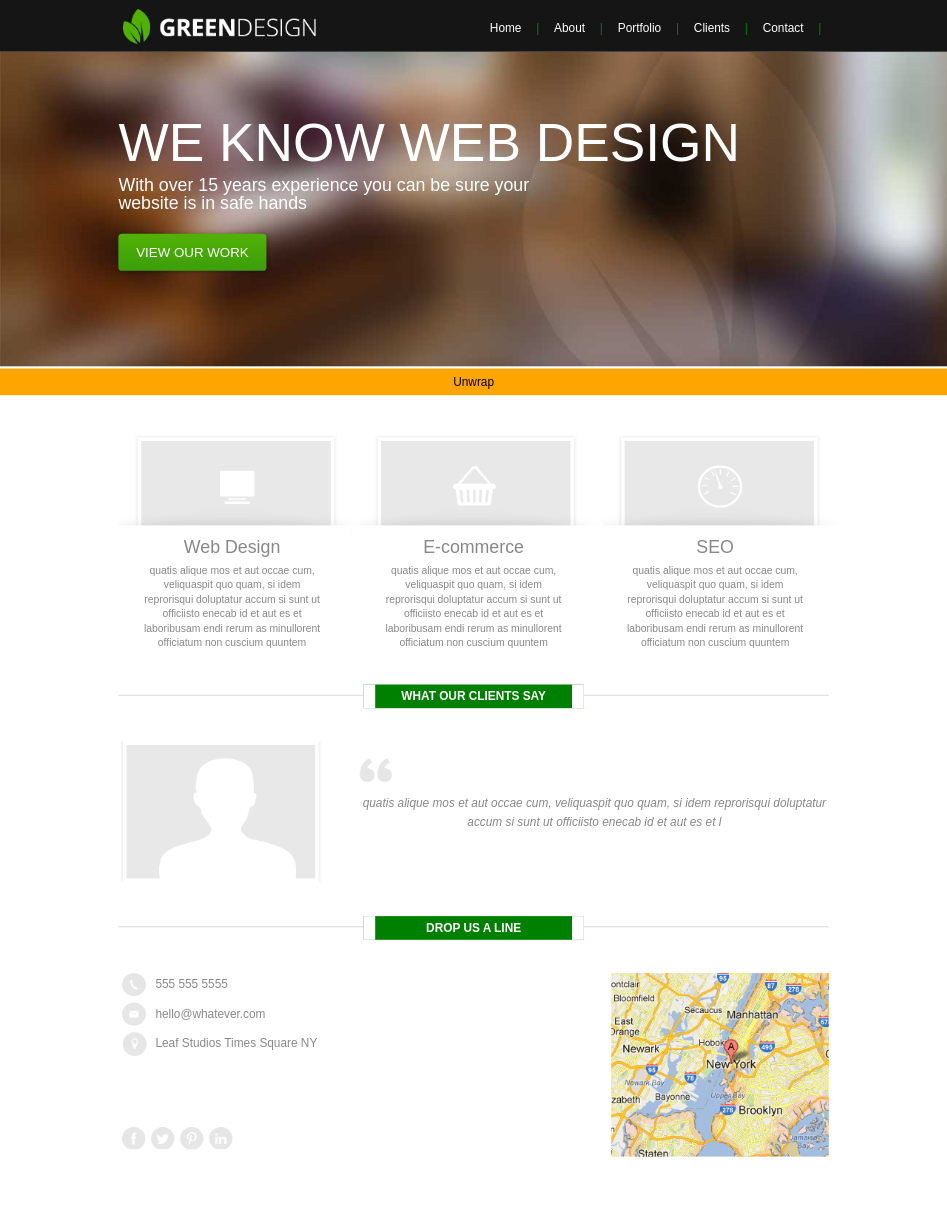
Repository: prathmeshgodbole/Javascript
Page: Basics/Jquery/index.html
An editor plug-in stored every save of this project. The page is shown before and after the next save, followed by the edit.
The browser window is 1280 px wide. The pictures show the whole page, at 74% of full size.
After loading, the first visible `h2` was clicked once.

Above is the page before, as saved 2020-08-09 11:25:03.

After the next save:
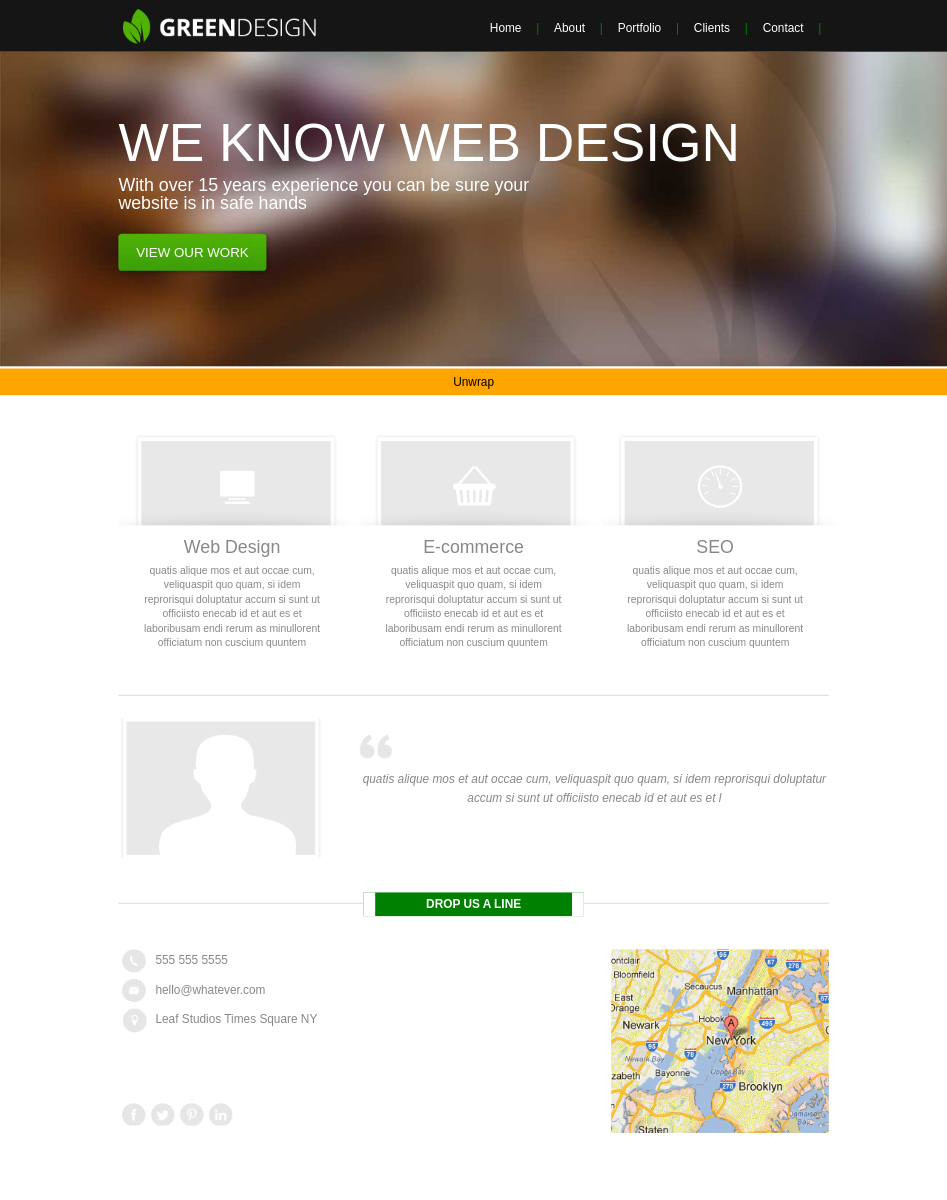
Saved 39 s later.
--- a/Basics/Jquery/scripts/animation.js
+++ b/Basics/Jquery/scripts/animation.js
@@ -8,7 +8,7 @@
     // });
 
     $("section > h2").on("click", function() {
-        $(this).fadeIn(0.2);
+        $(this).fadeOut(0.2);
 
     });
 });

After the 5 saves that followed:
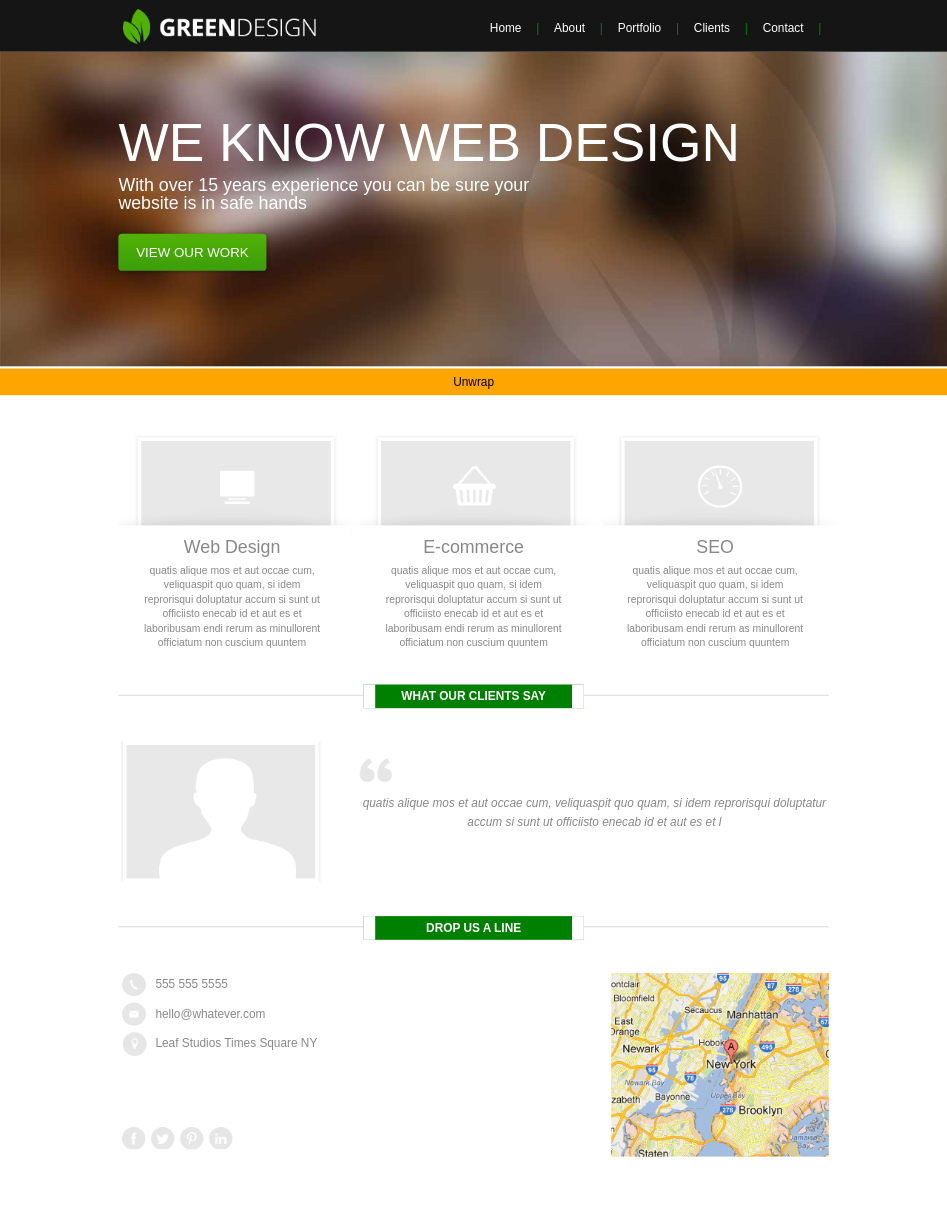
The 5 saves are shown as one change because 1 left the picture as it was and some came seconds apart.
The last was saved 52 s later.
--- a/Basics/Jquery/scripts/animation.js
+++ b/Basics/Jquery/scripts/animation.js
@@ -8,7 +8,7 @@
     // });
 
     $("section > h2").on("click", function() {
-        $(this).fadeOut(0.2);
+        $(this).fadeOut().fadeIn();
 
     });
 });
